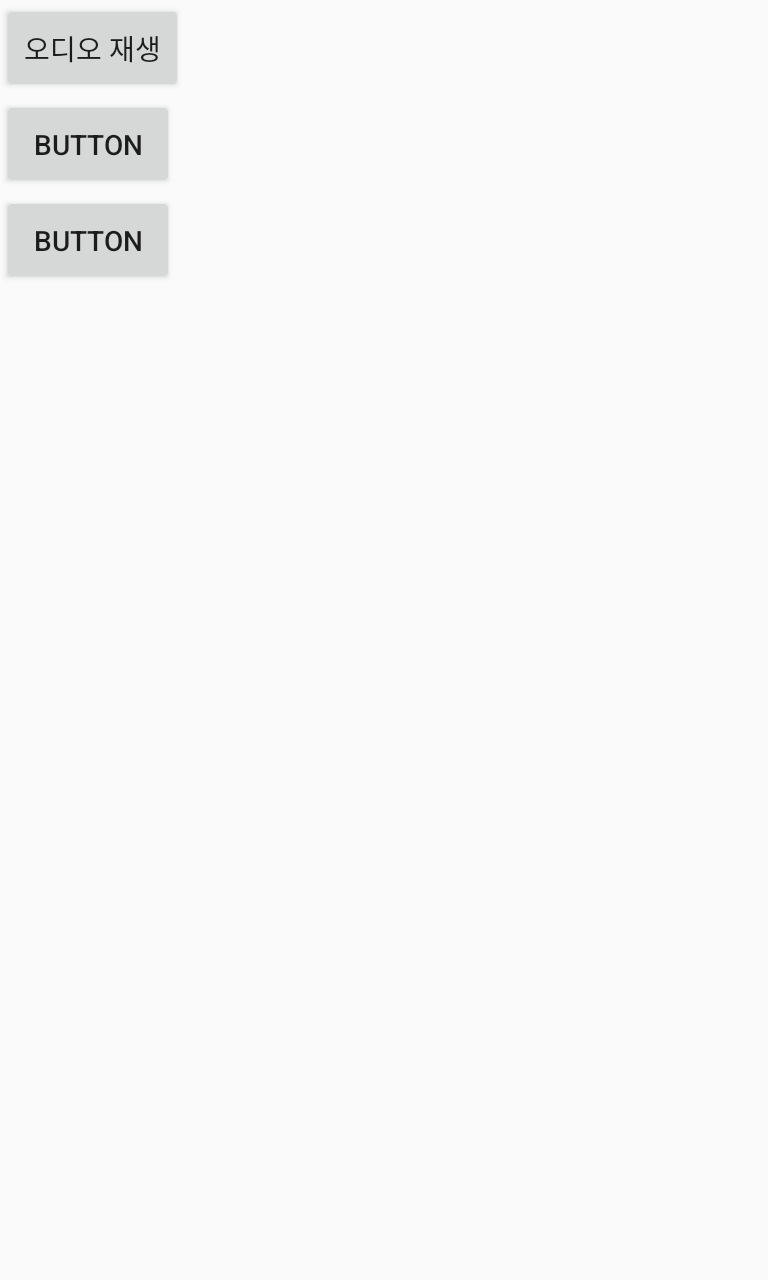
Repository: testGitHubTeam/study_Android
Layout: 70impleAudioDemo/res/layout/activity_main.xml
An editor plug-in stored every save of this project. The layout is shown before and after the next save, followed by the edit.
It is drawn on a 768 x 1280 px phone screen (xhdpi) without system bars, with theme AppTheme; the app's code is not run.

Above is the layout before, as saved 2014-05-01 01:17:47.

After the next save:
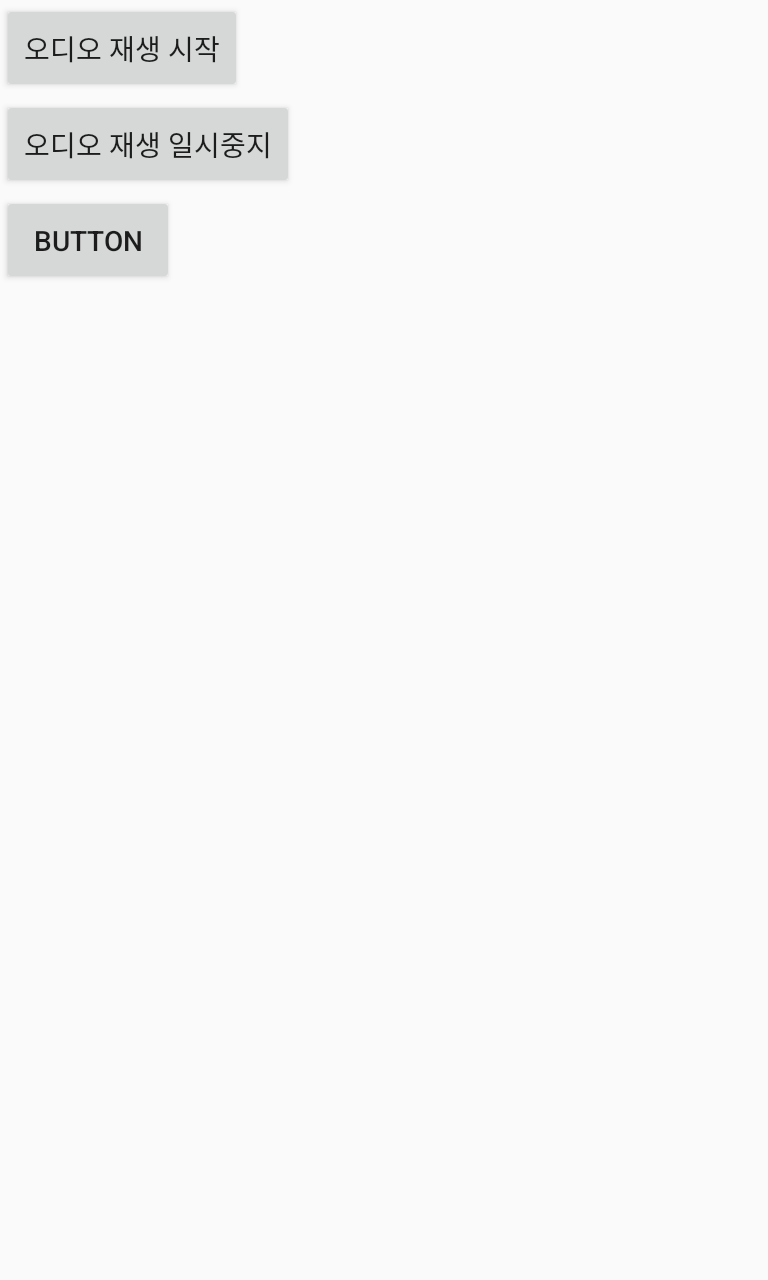
Saved 15 s later.
--- a/70impleAudioDemo/res/layout/activity_main.xml
+++ b/70impleAudioDemo/res/layout/activity_main.xml
@@ -12,7 +12,7 @@
         android:layout_height="wrap_content"
         android:layout_alignParentLeft="true"
         android:layout_alignParentTop="true"
-        android:text="오디오 재생" />
+        android:text="오디오 재생 시작" />
 
     <Button
         android:id="@+id/btnPause"
@@ -20,7 +20,7 @@
         android:layout_height="wrap_content"
         android:layout_alignParentLeft="true"
         android:layout_below="@+id/btnPlay"
-        android:text="Button" />
+        android:text="오디오 재생 일시중지" />
 
     <Button
         android:id="@+id/btnReplay"
